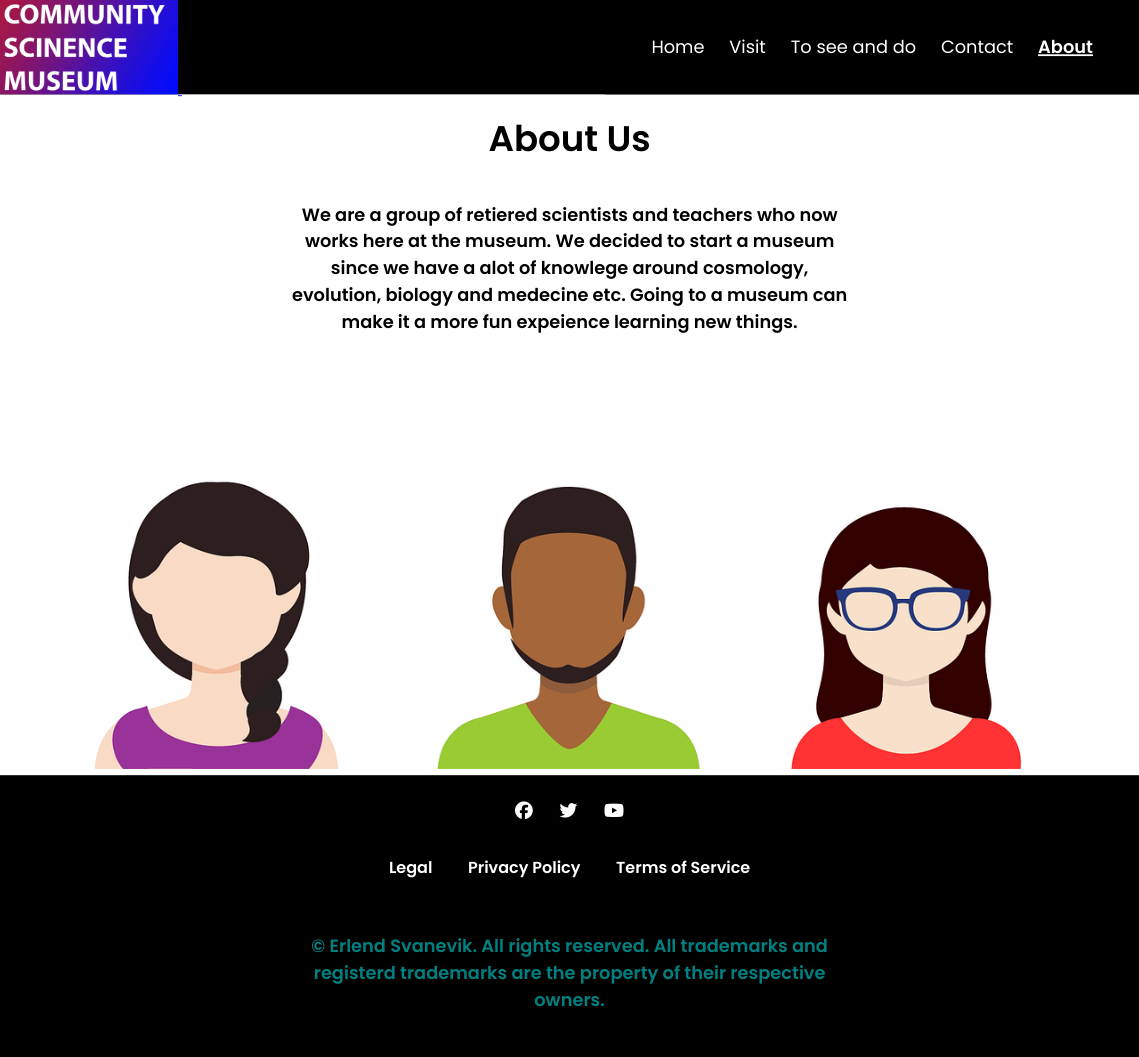
Repository: EpleWasTaken/Semester-Project
Page: about.html
The author's editor kept a copy of each file at every save. The page is drawn from the files as they stood at one save, then again after the next save.
The browser window is 1280 px wide. The pictures show the whole page, at 89% of full size.
Some web libraries are served in a nearby version.

Above is the page before, as saved 2020-12-12 13:33:58.

After the next save:
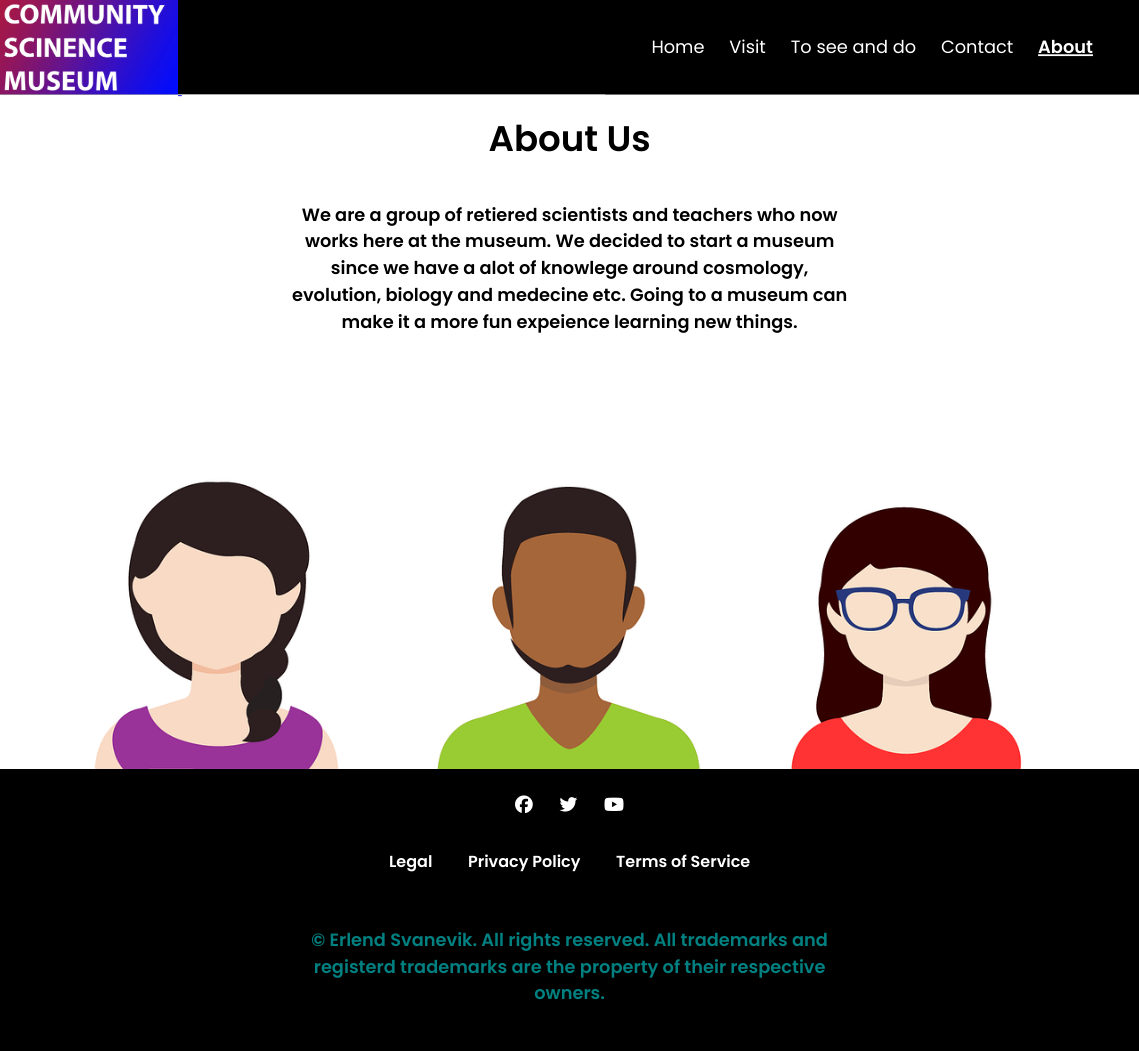
Saved 28 s later.
--- a/css/styles.css
+++ b/css/styles.css
@@ -204,4 +204,11 @@
 		margin: auto;
 		padding: 4vh;
 	}
-}
+
+	.employee {
+		display: flex;
+		left: 0;
+		right: 0;
+		width: auto;
+	}
+}
